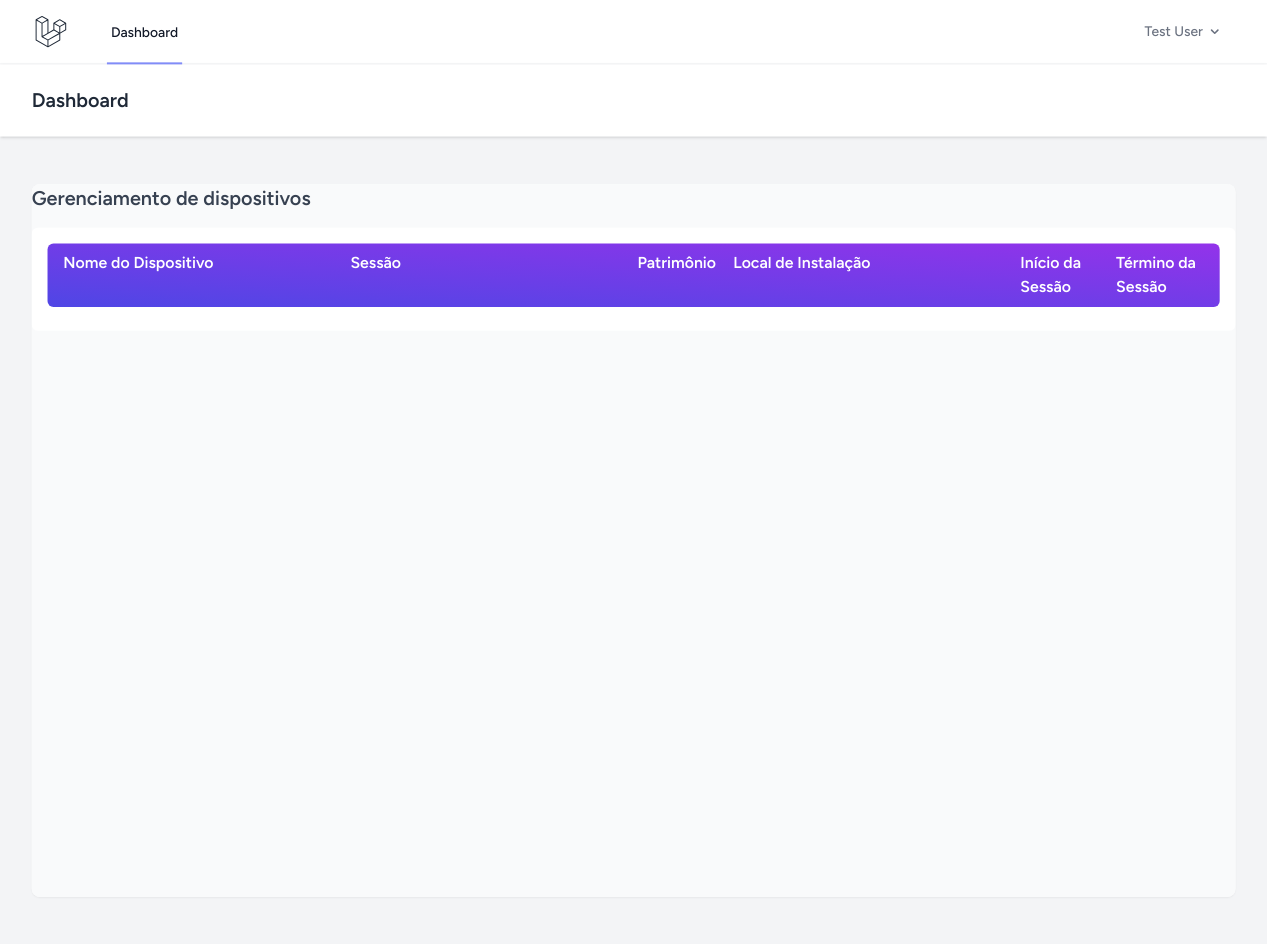
Repository: CrisMorgantee/device-logs
Page: http://localhost/dashboard
An editor plug-in stored every save of this project. The page is shown before and after the next save, followed by the edit.
The browser window is 1280 px wide. The pictures show the whole page, at 99% of full size.
The page is served by the project's Laravel application, run on PHP 8.4 with Laravel 10. A made-up administrator, Test User (test@example.com), is signed in. Other server files are loaded and not shown. Style sheets and scripts are compiled from the project's sources, by tool versions that may differ from the author's. Queries for data that is not in the repository find no rows.

Above is the page before, as saved 2023-04-14 22:43:06.

### routes/web.php
<?php

use App\Http\Controllers\ProfileController;
use App\Http\Controllers\DeviceLogsController;
use Illuminate\Support\Facades\Route;

/*
|--------------------------------------------------------------------------
| Web Routes
|--------------------------------------------------------------------------
|
| Here is where you can register web routes for your application. These
| routes are loaded by the RouteServiceProvider and all of them will
| be assigned to the "web" middleware group. Make something great!
|
*/

Route::get('/', function () {
    return view('auth.login');
});

Route::get('/dashboard', [DeviceLogsController::class, 'index'])->middleware(['auth', 'verified'])->name('dashboard');

Route::middleware('auth')->group(function () {
    Route::get('/profile', [ProfileController::class, 'edit'])->name('profile.edit');
    Route::patch('/profile', [ProfileController::class, 'update'])->name('profile.update');
    Route::delete('/profile', [ProfileController::class, 'destroy'])->name('profile.destroy');
});

require __DIR__.'/auth.php';

### app/Http/Controllers/DeviceLogsController.php
<?php

namespace App\Http\Controllers;

use App\Models\DeviceLogs;
use Illuminate\Http\Request;

class DeviceLogsController extends Controller
{
    /**
     * Display a listing of the resource.
     */
    public function index()
    {
        $logs = DeviceLogs::all();

        return view('dashboard', ['logs' => $logs]);
    }

    /**
     * Show the form for creating a new resource.
     */
    public function create()
    {
        //
    }

    /**
     * Store a newly created resource in storage.
     */
    public function store(Request $request)
    {
        //
    }

    /**
     * Display the specified resource.
     */
    public function show(DeviceLogs $deviceLogs)
    {
        //
    }

    /**
     * Show the form for editing the specified resource.
     */
    public function edit(DeviceLogs $deviceLogs)
    {
        //
    }

    /**
     * Update the specified resource in storage.
     */
    public function update(Request $request, DeviceLogs $deviceLogs)
    {
        //
    }

    /**
     * Remove the specified resource from storage.
     */
    public function destroy(DeviceLogs $deviceLogs)
    {
        //
    }
}

### app/Models/DeviceLogs.php
<?php

namespace App\Models;

use Illuminate\Database\Eloquent\Factories\HasFactory;
use Illuminate\Database\Eloquent\Model;

class DeviceLogs extends Model
{
    use HasFactory;

    public $fillable = [
        'machine_name',
        'session',
        'patrimony',
        'location'
    ];


    protected $dates = [
      'start_session_at',
      'end_session_at'
  ];

}

### resources/views/dashboard.blade.php
<x-app-layout>
  <x-slot name="header">
    <h2 class="text-xl font-semibold leading-tight text-gray-800">
      {{ __('Dashboard') }}
    </h2>
  </x-slot>

  <div class="py-12">
    <div class="max-w-8xl mx-auto sm:px-6 lg:px-8">
      <div class="overflow-hidden bg-white shadow-sm sm:rounded-lg">
        <div class="min-h-screen bg-gray-50">
          <h2 class="mb-4 text-xl font-bold text-gray-700">Gerenciamento de dispositivos</h2>
          <div class="grid grid-cols-12 gap-2 rounded-md bg-white p-4">

            <div
              class="text-md col-span-12 grid grid-cols-12 gap-2 rounded-md bg-gradient-to-tr from-indigo-600 to-purple-600 py-2 px-4 font-bold text-white">
              <div class="col-span-3">
                <span>Nome do Dispositivo</span>
              </div>
              <div class="col-span-3">
                <span>Sessão</span>
              </div>
              <div class="col-span-1">
                <span>Patrimônio</span>
              </div>
              <div class="col-span-3">
                <span>Local de Instalação</span>
              </div>
              <div class="col-span-1">
                <span>Início da Sessão</span>
              </div>
              <div class="col-span-1">
                <span>Término da Sessão</span>
              </div>
            </div>
            <div>
              @foreach ($logs as $deviceLog)
                <div class="mt-4 flex justify-between space-x-4 border-t text-sm font-normal">
                  <div class="flex px-2">
                    <span>{{ $deviceLog->machine_name }}</span>
                  </div>
                  <div>
                    <span>{{ $deviceLog->session }}</span>
                  </div>
                  <div class="px-2">
                    <span>{{ $deviceLog->patrimony }}</span>
                  </div>
                  <div class="px-2">
                    <span>{{ $deviceLog->location }}</span>
                  </div>
                  <div class="px-2">
                    <span>{{ $deviceLog->start_session_at }}</span>
                  </div>
                  <div class="px-2">
                    <span>{{ $deviceLog->end_session_at }}</span>
                  </div>
                </div>
              @endforeach
            </div>
          </div>
        </div>
      </div>
    </div>

</x-app-layout>

Loaded but not shown: app/Providers/AppServiceProvider.php (common file); routes/auth.php (common file); app/Http/Controllers/Auth/EmailVerificationPromptController.php (common file); app/Http/Controllers/Controller.php (common file); app/Http/Controllers/Auth/VerifyEmailController.php (common file); app/Models/User.php (common file); app/View/Components/AppLayout.php (common file); resources/views/layouts/app.blade.php (common file); resources/views/layouts/navigation.blade.php (common file); resources/views/components/application-logo.blade.php (common file); resources/views/components/nav-link.blade.php (common file); resources/views/components/dropdown-link.blade.php (common file); resources/views/components/dropdown.blade.php (common file); resources/views/components/responsive-nav-link.blade.php (common file); resources/css/app.css (common file); tailwind.config.js (common file); resources/js/app.js (common file); resources/js/bootstrap.js (common file)

After the next save:
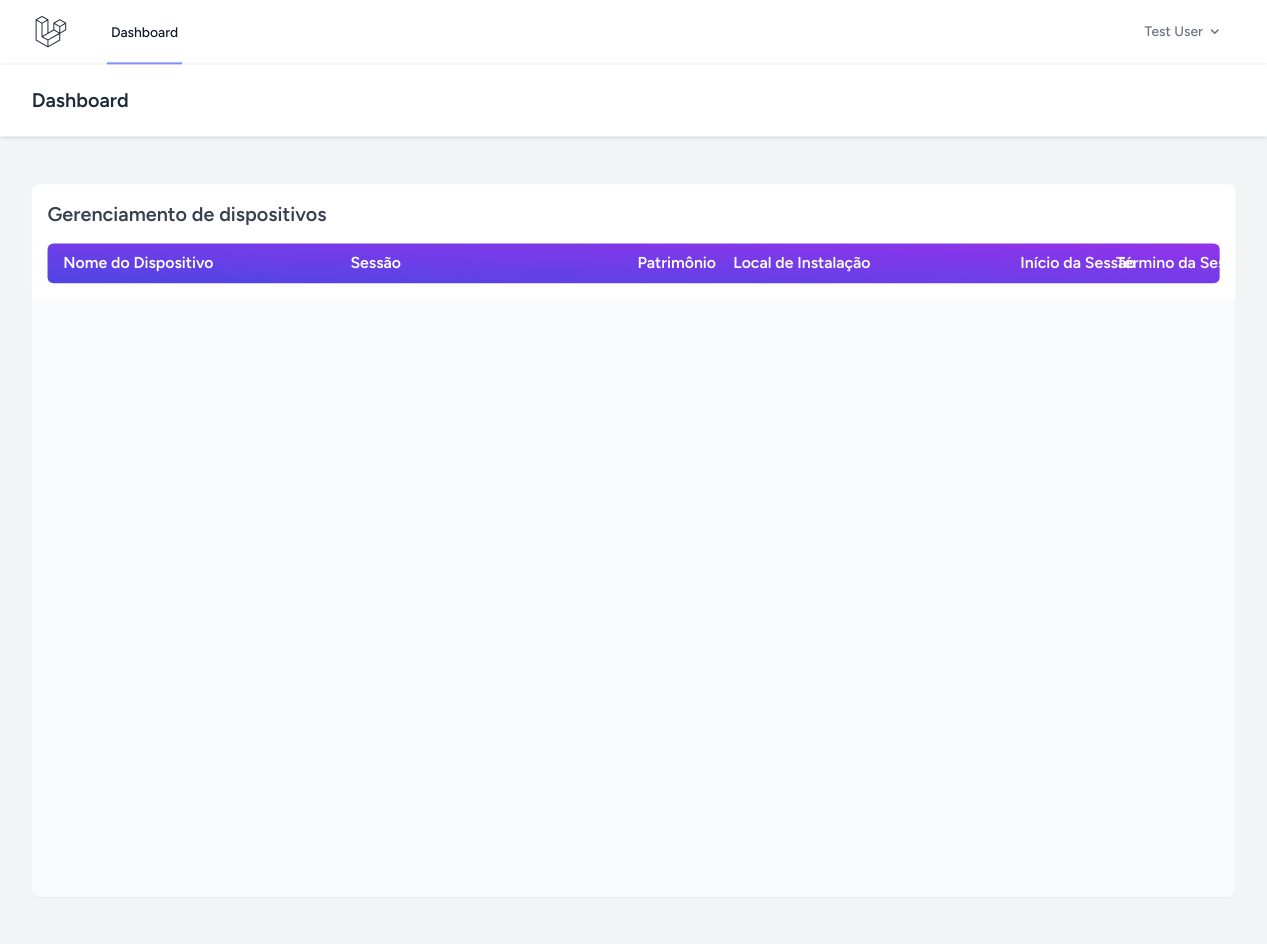
Saved 15 s later.
--- a/resources/views/dashboard.blade.php
+++ b/resources/views/dashboard.blade.php
@@ -9,11 +9,11 @@
     <div class="max-w-8xl mx-auto sm:px-6 lg:px-8">
       <div class="overflow-hidden bg-white shadow-sm sm:rounded-lg">
         <div class="min-h-screen bg-gray-50">
-          <h2 class="mb-4 text-xl font-bold text-gray-700">Gerenciamento de dispositivos</h2>
-          <div class="grid grid-cols-12 gap-2 rounded-md bg-white p-4">
+          <div class="rounded-md bg-white p-4">
+            <h2 class="mb-4 text-xl font-bold text-gray-700">Gerenciamento de dispositivos</h2>
 
             <div
-              class="text-md col-span-12 grid grid-cols-12 gap-2 rounded-md bg-gradient-to-tr from-indigo-600 to-purple-600 py-2 px-4 font-bold text-white">
+              class="text-md grid grid-cols-12 gap-2 rounded-md bg-gradient-to-tr from-indigo-600 to-purple-600 py-2 px-4 font-bold text-white">
               <div class="col-span-3">
                 <span>Nome do Dispositivo</span>
               </div>
@@ -26,10 +26,10 @@
               <div class="col-span-3">
                 <span>Local de Instalação</span>
               </div>
-              <div class="col-span-1">
+              <div class="col-span-1 min-w-max">
                 <span>Início da Sessão</span>
               </div>
-              <div class="col-span-1">
+              <div class="col-span-1 min-w-max">
                 <span>Término da Sessão</span>
               </div>
             </div>
